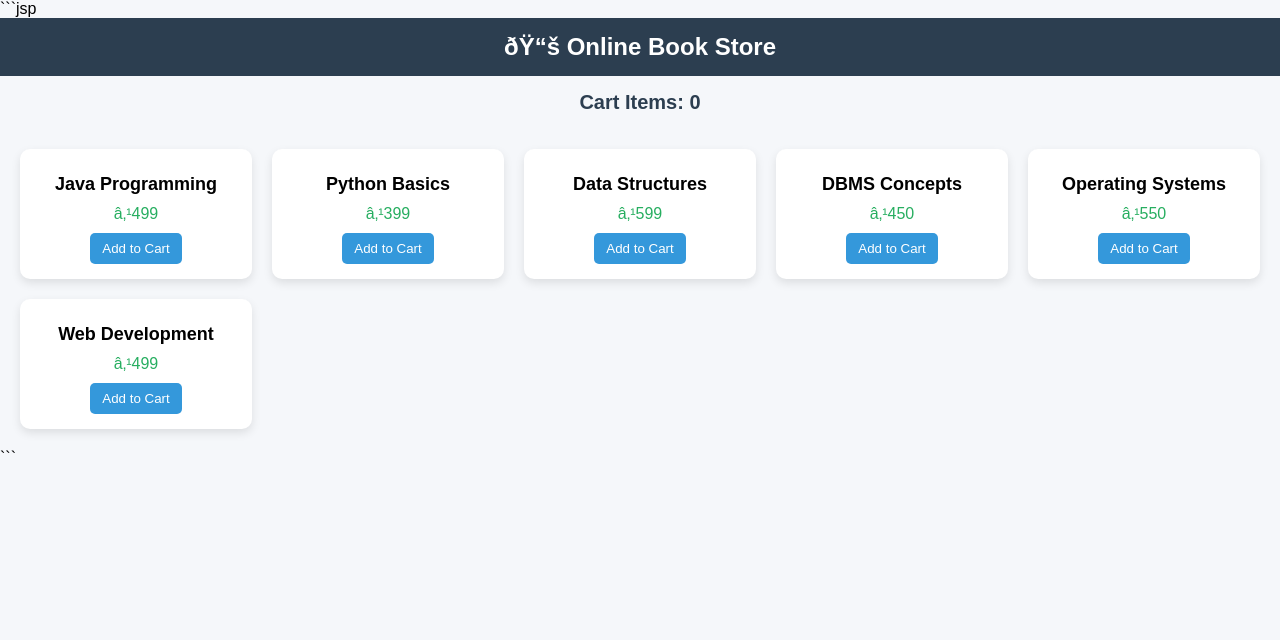
Repository: pranatirao365/WT
Page: http://localhost/ShoppingCartApp/
The author's editor kept a copy of each file at every save. The page is drawn from the files as they stood at one save, then again after the next save.
The browser window is 1280 px wide. The pictures show the whole page.
The page is served by Tomcat 10.

Above is the page before, as saved 2026-04-26 12:04:25.
Console error: TypeError: Cannot set properties of null (setting 'innerHTML')

### week-12/ShoppingCartApp/src/main/webapp/index.jsp
```jsp
<html>
<head>
    <title>Book Store</title>

    <style>
        body {
            font-family: Arial, sans-serif;
            background-color: #f5f7fa;
            margin: 0;
            padding: 0;
        }

        h2 {
            text-align: center;
            background-color: #2c3e50;
            color: white;
            padding: 15px;
            margin: 0;
        }

        #cartCount {
            text-align: center;
            font-size: 20px;
            margin: 15px;
            color: #2c3e50;
        }

        .container {
            display: grid;
            grid-template-columns: repeat(auto-fit, minmax(220px, 1fr));
            gap: 20px;
            padding: 20px;
        }

        .book-card {
            background: white;
            padding: 15px;
            border-radius: 10px;
            box-shadow: 0 4px 10px rgba(0,0,0,0.1);
            text-align: center;
            transition: transform 0.2s ease;
        }

        .book-card:hover {
            transform: translateY(-5px);
        }

        .book-title {
            font-size: 18px;
            font-weight: bold;
            margin: 10px 0;
        }

        .price {
            color: #27ae60;
            font-size: 16px;
            margin-bottom: 10px;
        }

        button {
            background-color: #3498db;
            color: white;
            border: none;
            padding: 8px 12px;
            border-radius: 5px;
            cursor: pointer;
        }

        button:hover {
            background-color: #2980b9;
        }
    </style>

    <script src="cart.js"></script>
</head>

<body>

<h2>📚 Online Book Store</h2>

<h3 id="cartCount">Cart Items: 0</h3>

<div class="container">

    <div class="book-card">
        <div class="book-title">Java Programming</div>
        <div class="price">₹499</div>
        <button onclick="addToCart('Java Programming')">Add to Cart</button>
    </div>

    <div class="book-card">
        <div class="book-title">Python Basics</div>
        <div class="price">₹399</div>
        <button onclick="addToCart('Python Basics')">Add to Cart</button>
    </div>

    <div class="book-card">
        <div class="book-title">Data Structures</div>
        <div class="price">₹599</div>
        <button onclick="addToCart('Data Structures')">Add to Cart</button>
    </div>

    <div class="book-card">
        <div class="book-title">DBMS Concepts</div>
        <div class="price">₹450</div>
        <button onclick="addToCart('DBMS Concepts')">Add to Cart</button>
    </div>

    <div class="book-card">
        <div class="book-title">Operating Systems</div>
        <div class="price">₹550</div>
        <button onclick="addToCart('Operating Systems')">Add to Cart</button>
    </div>

    <div class="book-card">
        <div class="book-title">Web Development</div>
        <div class="price">₹499</div>
        <button onclick="addToCart('Web Development')">Add to Cart</button>
    </div>

</div>

</body>
</html>
```

### week-12/ShoppingCartApp/src/main/webapp/cart.js
const API = "cart";

// Add item
function addToCart(item) {
    sendRequest({ action: "add", item: item });
}

// Update quantity
function updateQuantity(item, qty) {
    sendRequest({
        action: "update",
        item: item,
        quantity: parseInt(qty)
    });
}

// Remove item
function removeItem(item) {
    sendRequest({ action: "remove", item: item });
}

// Load cart
function loadCart() {
    fetch(API)
        .then(res => res.json())
        .then(data => updateCartUI(data));
}

// Common function
function sendRequest(payload) {
    fetch(API, {
        method: "POST",
        headers: {
            "Content-Type": "application/json"
        },
        body: JSON.stringify(payload)
    })
    .then(res => res.json())
    .then(data => updateCartUI(data));
}

// Update UI
function updateCartUI(cart) {
    let container = document.getElementById("cart-container");
    let count = document.getElementById("cartCount");

    container.innerHTML = "";
    let total = 0;

    if (cart.items.length === 0) {
        container.innerHTML = "<p>Cart is empty</p>";
        count.innerText = "Cart Items: 0";
        return;
    }

    cart.items.forEach(item => {
        total += item.quantity;

        container.innerHTML += `
            <div class="cart-item">
                <b>${item.name}</b>
                <br>
                Qty:
                <input type="number" value="${item.quantity}"
                onchange="updateQuantity('${item.name}', this.value)">

                <button onclick="removeItem('${item.name}')">Remove</button>
            </div>
        `;
    });

    count.innerText = "Cart Items: " + total;
}

// load on start
window.onload = loadCart;

### week-12/ShoppingCartApp/src/main/java/com/app/CartServlet.java
package com.app;

import java.io.*;
import java.util.*;
import jakarta.servlet.*;
import jakarta.servlet.http.*;
import jakarta.servlet.annotation.WebServlet;
import org.json.*;

@WebServlet("/cart")
public class CartServlet extends HttpServlet {

    protected void doGet(HttpServletRequest req, HttpServletResponse res)
            throws IOException {

        HttpSession session = req.getSession();
        Map<String, Integer> cart = (Map<String, Integer>) session.getAttribute("cart");

        if (cart == null) cart = new HashMap<>();

        sendResponse(res, cart);
    }

    protected void doPost(HttpServletRequest req, HttpServletResponse res)
            throws IOException {

        BufferedReader reader = req.getReader();
        StringBuilder sb = new StringBuilder();
        String line;

        while ((line = reader.readLine()) != null) {
            sb.append(line);
        }

        JSONObject json = new JSONObject(sb.toString());
        String action = json.getString("action");
        String item = json.getString("item");

        HttpSession session = req.getSession();
        Map<String, Integer> cart = (Map<String, Integer>) session.getAttribute("cart");

        if (cart == null) cart = new HashMap<>();

        switch (action) {
            case "add":
                cart.put(item, cart.getOrDefault(item, 0) + 1);
                break;

            case "update":
                int qty = json.getInt("quantity");
                if (qty <= 0) cart.remove(item);
                else cart.put(item, qty);
                break;

            case "remove":
                cart.remove(item);
                break;
        }

        session.setAttribute("cart", cart);
        sendResponse(res, cart);
    }

    private void sendResponse(HttpServletResponse res, Map<String, Integer> cart)
            throws IOException {

        JSONArray arr = new JSONArray();

        for (String key : cart.keySet()) {
            JSONObject obj = new JSONObject();
            obj.put("name", key);
            obj.put("quantity", cart.get(key));
            arr.put(obj);
        }

        JSONObject result = new JSONObject();
        result.put("items", arr);

        res.setContentType("application/json");
        res.getWriter().write(result.toString());
    }
}

After the next save:
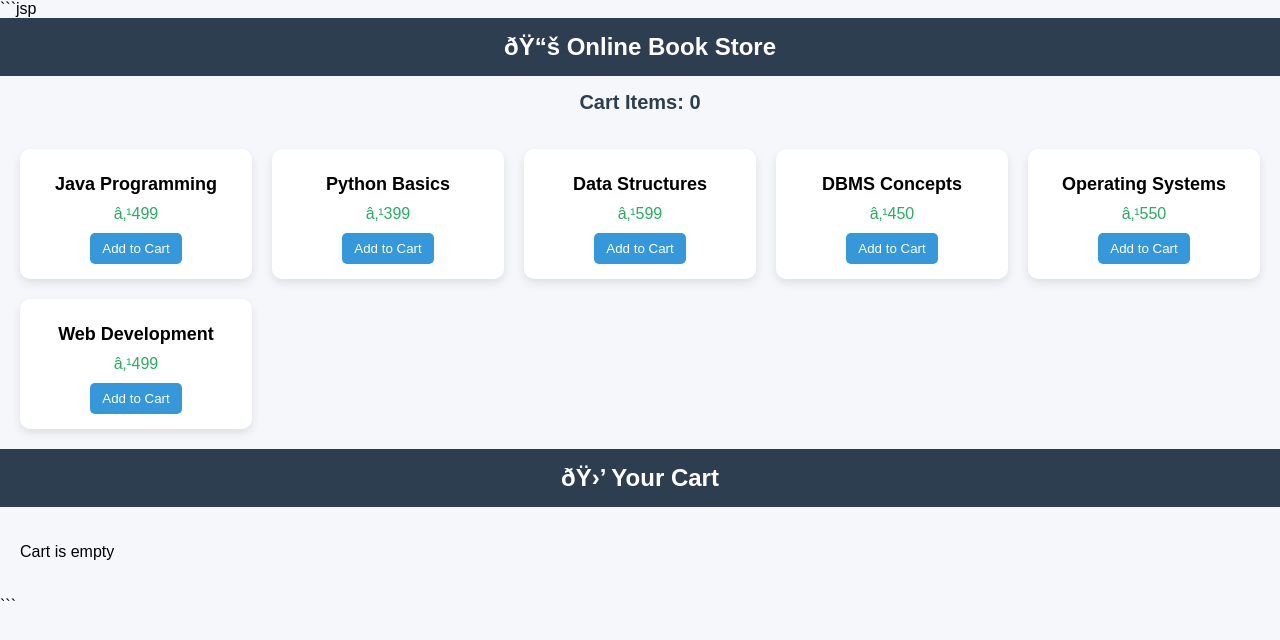
The error is gone.
Saved 29 s later.
--- a/week-12/ShoppingCartApp/src/main/webapp/index.jsp
+++ b/week-12/ShoppingCartApp/src/main/webapp/index.jsp
@@ -120,7 +120,9 @@
     </div>
 
 </div>
+<h2 style="text-align:center;">🛒 Your Cart</h2>
 
+<div id="cart-container" style="padding:20px;"></div>
 </body>
 </html>
 ```
